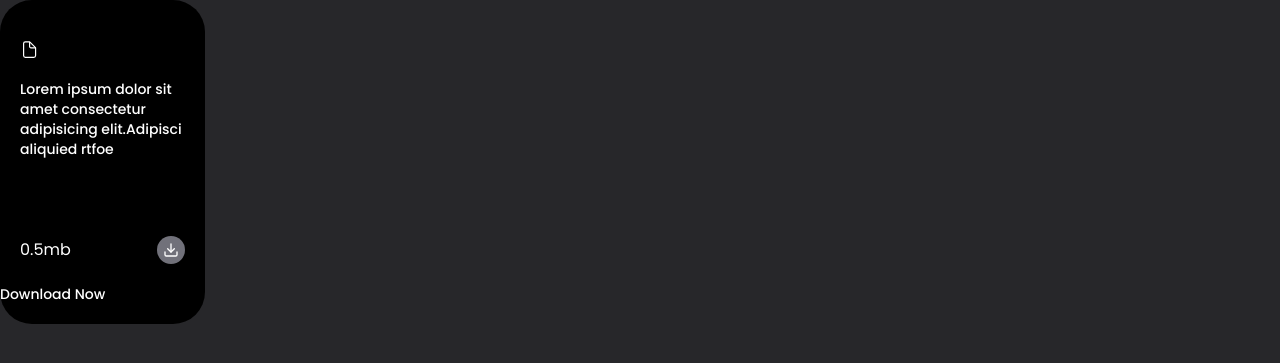
Repository: SharonSebastian32/dragable_cards
Page: /
An editor plug-in stored every save of this project. The page is shown before and after the next save, followed by the edit.
The browser window is 1280 px wide. The pictures show the whole page.
Some web fonts or font styles are not loaded; a fallback is used. The project was rebuilt for these pictures with package versions that can differ from the ones it lists, and the page was loaded fresh each time. Also part of the build but not shown: vite.config.js.

Above is the page before, as saved 2024-08-21 11:09:52.

### src/App.jsx
import Background from "./Components/Background";
import Foreground from "./Components/Foreground";
import "./App.css";
const App = () => {
  return (
    <div className="w-full h-screen bg-zinc-800 relative">
      <Background />
      <Foreground />
    </div>
  );
};
export default App;

### src/Components/Background.jsx
const Background = () => {
  return <div className="w-full h-full fixed z-[2]"> </div>;
};

export default Background;

### src/Components/Foreground.jsx
import Card from "./Card";

const Foreground = () => {
  const data = [
    {
      desc: "Lorem ipsum dolor sit amet consectetur adipisicing elit.Adipisci aliquied rtfoe",
      fileSize: "0.5mb",

      close: false,
      tag: {
        isOpen: true,
        tagTitle: "Download Now",
        tagColor: "blue",
      },
    },
  ];
  return (
    <div className="w-full h-full fixed top-0 left-0 z-[3]">
      {data.map((item, index) => (
        <Card data={item} />
      ))}
    </div>
  );
};

export default Foreground;

### src/App.css
 @import url('https://fonts.googleapis.com/css2?family=Playwrite+IT+Moderna:wght@100..400&family=Poppins:ital,wght@0,100;0,200;0,300;0,400;0,500;0,600;0,700;0,800;0,900;1,100;1,200;1,300;1,400;1,500;1,600;1,700;1,800;1,900&display=swap');



 *{
  font-family: Poppins;
 }

### src/Components/Card.jsx
import { IoDocumentOutline } from "react-icons/io5";
import { LuDownload } from "react-icons/lu";
import { IoCloseSharp } from "react-icons/io5";

const Card = ({ data }) => {
  return (
    <div className="w-[16vw] h-[45vh] rounded-[2rem] text-white px-5 py-10 bg-black relative overflow-hidden">
      <IoDocumentOutline size="1.2em" />
      <p className="text-sm font-medium mt-5">{data.desc}</p>
      {/* footer   */}
      <div className="footer  absolute bottom-0 left-0 w-full h-15  ">
        <div className="flex items-center justify-between p-5">
          <h5>{data.fileSize}</h5>
          <span className="w-7 h-7 bg-zinc-500 rounded-full flex items-center justify-center cursor-pointer">
            {/* <LuDownload /> */}
            {data.close ? <IoCloseSharp /> : <LuDownload />}
          </span>
        </div>{" "}
        {/* <div className="w-full h-10 bg-blue-500 flex items-center justify-center cursor-pointer ">
          <h2 className=" text-sm font-medium"> Download Now </h2>
        </div> */}
        {data.tag.isOpen ? (
          <div
            className={`w-full h-10 ${data.tag.tagColor}flex items-center justify-center cursor-pointer `}
          >
            <h2 className=" text-sm font-medium">{data.tag.tagTitle}</h2>
          </div>
        ) : null}
      </div>
    </div>
  );
};

export default Card;

Loaded but not shown: index.html (common file); src/main.jsx (common file); src/index.css (common file); tailwind.config.js (common file)

After the next save:
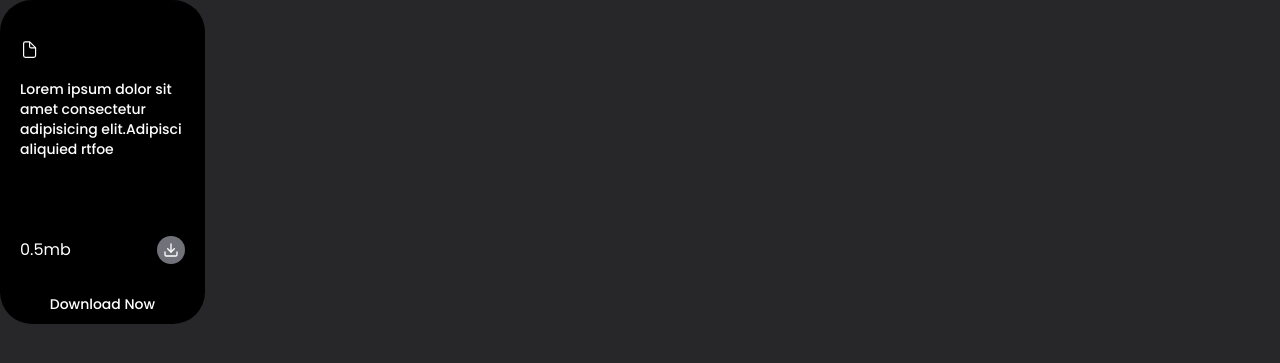
Saved 5 s later.
--- a/src/Components/Card.jsx
+++ b/src/Components/Card.jsx
@@ -21,7 +21,7 @@ const Card = ({ data }) => {
         </div> */}
         {data.tag.isOpen ? (
           <div
-            className={`w-full h-10 ${data.tag.tagColor}flex items-center justify-center cursor-pointer `}
+            className={`w-full h-10 ${data.tag.tagColor} flex items-center justify-center cursor-pointer `}
           >
             <h2 className=" text-sm font-medium">{data.tag.tagTitle}</h2>
           </div>
